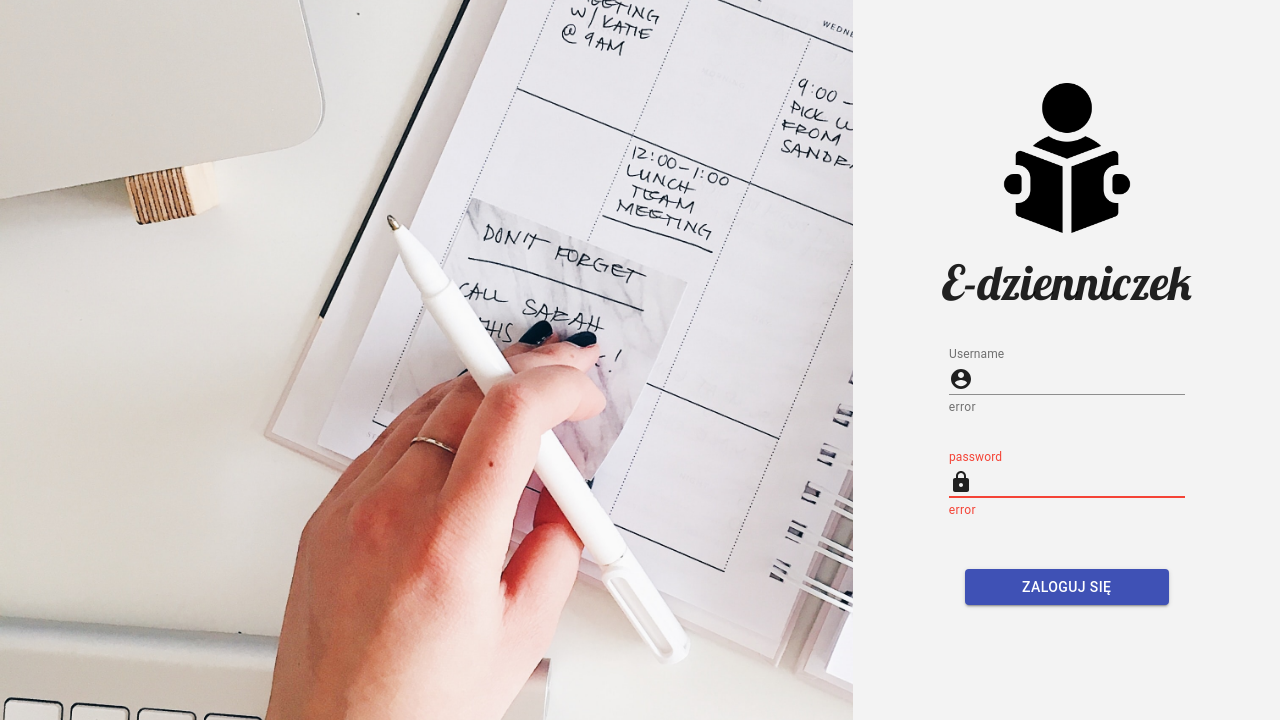
Repository: dominik3131/E-dzienniczek
Page: /
These files come from the project's save history. The page is drawn as it stood at one moment and after the next save; the edit follows.
The browser window is 1280 px wide. The pictures show the whole page.
The project was rebuilt for these pictures with package versions that can differ from the ones it lists, and the page was loaded fresh each time.

Above is the page before, as saved 2020-11-17 15:09:00.

After the next save:
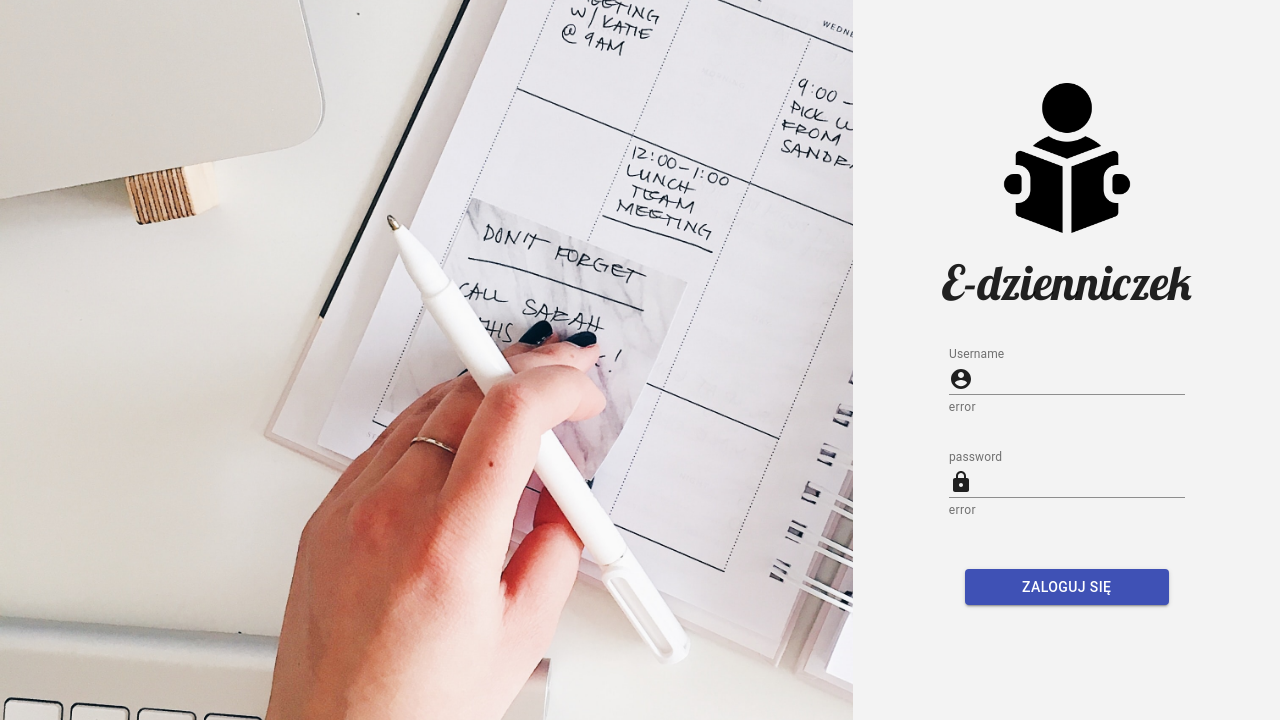
Saved 63 s later.
--- a/src/components/LoginForm/LoginForm.js
+++ b/src/components/LoginForm/LoginForm.js
@@ -48,7 +48,7 @@ const LoginForm = (props) => {
         id="password"
         name="password"
         label="password"
-        error={data.username.length === 0 ? "podany email nie istnieje" : null}
+        error={props.errors.length > 0 || null}
         helperText="error"
         InputProps={{
           startAdornment: (
